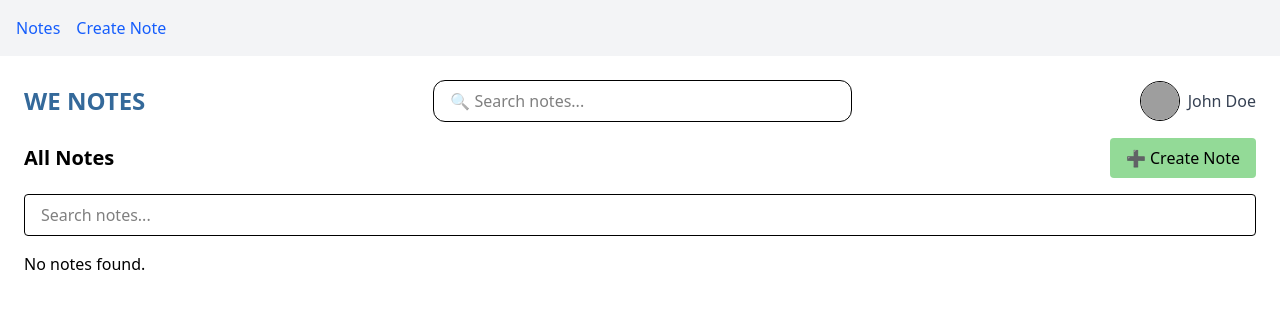
Repository: pin-seavmuy/NoteApplication
Page: / (app in note-vue/)
The author's editor kept a copy of each file at every save. The page is drawn from the files as they stood at one save, then again after the next save.
The browser window is 1280 px wide. The pictures show the whole page.
Pictures or frames that could not be fetched are drawn as grey boxes. The page's requests for data from a server got no answer. The project was rebuilt for these pictures with package versions that can differ from the ones it lists, and the page was loaded fresh each time. No one was signed in, and anything a server would have sent is missing. Also part of the build but not shown: note-vue/vite.config.ts, note-vue/src/components/NoteWrapper.vue, note-vue/src/views/CreateNote.vue, note-vue/src/views/NoteDetail.vue, note-vue/src/views/UpdateNote.vue.

Above is the page before, as saved 2025-09-16 11:15:36.

### note-vue/src/main.ts
// import { createApp } from 'vue'
// import './style.css'
// import App from './App.vue'

// createApp(App).mount('#app')


import { createApp } from 'vue'
import App from './App.vue'
import router from './router'
import './style.css'

const app = createApp(App)
app.use(router)
app.mount('#app')

### note-vue/src/App.vue
<script setup lang="ts">
  import HelloWorld from './components/HelloWorld.vue'
  import NotesList from '../components/NotesList.vue'
</script>

<!-- <template>
  <div>
    <HelloWorld msg="Vite + Vue" />
    <NotesList />
  </div>
</template> -->

<template>
  <div>
    <nav class="p-4 bg-gray-100 flex space-x-4">
      <router-link to="/" class="text-blue-600 hover:underline">Notes</router-link>
      <router-link to="/create" class="text-blue-600 hover:underline">Create Note</router-link>
    </nav>

    <router-view />
  </div>
</template>

<style scoped>
</style>

### note-vue/src/router/index.ts
import { createRouter, createWebHistory } from 'vue-router'

import NotesList from '../views/NotesList.vue'
import CreateNote from '../views/CreateNote.vue'
import NoteDetail from '../views/NoteDetail.vue'
import UpdateNote from '../views/UpdateNote.vue'

const routes = [
  {
    path: '/',
    name: 'NotesList',
    component: NotesList,
  },
  {
    path: '/create',
    name: 'CreateNote',
    component: CreateNote,
  },
  {
    path: '/notes/:id',
    name: 'NoteDetail',
    component: NoteDetail,
    props: true,
  },
    {
    path: '/notes/:id/edit',
    name: 'UpdateNote',
    component: UpdateNote,
    props: true
    }
]

const router = createRouter({
  history: createWebHistory(),
  routes,
})

export default router

### note-vue/src/views/NotesList.vue
<template>
  <div class="p-6">
    <div class="flex items-center justify-between mb-4 space-x-72">
      <h1 class="text-2xl font-bold " style="color: #34699A;">WE NOTES</h1>

      <input
        v-model="search"
        type="text"
        placeholder="🔍 Search notes..."
        class="px-4 py-2 border rounded-xl flex-grow"
      />

      <div class="flex items-center space-x-2 flex-shrink-0">
        <img
          src="https://ui-avatars.com/api/?name=User"
          alt="User Avatar"
          class="w-10 h-10 rounded-full border"
        />
        <span class="text-gray-700 font-medium">John Doe</span>
      </div>
    </div>

    <div class="flex items-center justify-between mb-4">

      <router-link to="/" class="text-xl font-bold flex-shrink-0 hover:underline">All Notes</router-link>
      <router-link
        to="/create"
        class="text-base px-4 py-2 rounded text-black hover:brightness-90"
        style="background-color: #93DA97;"
      >
        ➕  Create Note
      </router-link>
    </div>



    <input
      v-model="search"
      type="text"
      placeholder="Search notes..."
      class="px-4 py-2 border rounded w-full mb-4"
    />

    <div v-if="loading">Loading...</div>
    <div v-else-if="filteredNotes.length === 0">No notes found.</div>

    <div
      v-else
      class="grid gap-4 grid-cols-1 sm:grid-cols-2 lg:grid-cols-3 xl:grid-cols-4"
    >
      <NoteWrapper
        v-for="note in filteredNotes"
        :key="note.id"
        :note="note"
      />
    </div>
  </div>
</template>

<script setup lang="ts">
import { ref, computed, onMounted } from 'vue'
import api from '../api/axios'
import NoteWrapper from '../components/NoteWrapper.vue'

interface Note {
  id: number
  title: string
  content: string | null
  createdAt: string
  updatedAt?: string | null
}

const notes = ref<Note[]>([])
const loading = ref(false)
const search = ref('')

async function fetchNotes() {
  loading.value = true
  try {
    const res = await api.get('/Notes')
    notes.value = res.data as Note[]
  } catch (error) {
    console.error('Error fetching notes:', error)
  } finally {
    loading.value = false
  }
}

const filteredNotes = computed(() =>
  notes.value.filter(note =>
    note.title.toLowerCase().includes(search.value.toLowerCase())
  )
)

onMounted(fetchNotes)
</script>

### note-vue/src/api/axios.ts
import axios from 'axios'

const api = axios.create({
  baseURL: 'http://localhost:5258/api',
})

export default api;

Loaded but not shown: note-vue/index.html (common file); note-vue/src/style.css (common file)

After the next save:
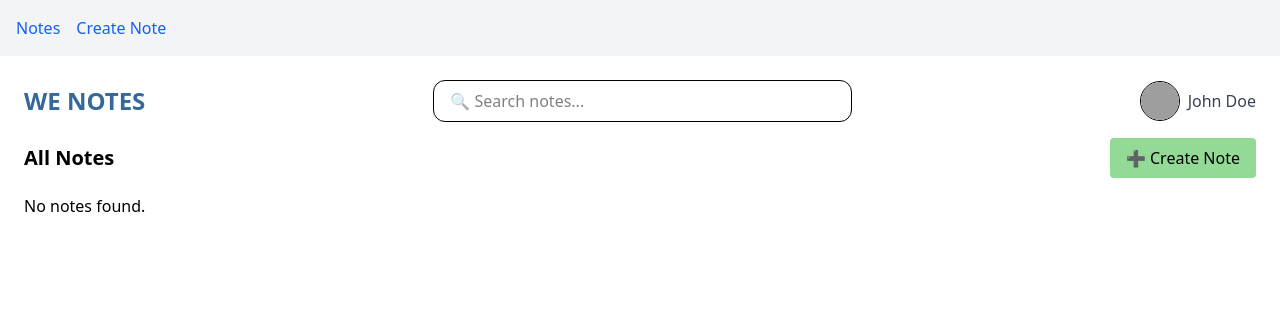
Saved 26 s later.
--- a/note-vue/src/views/NotesList.vue
+++ b/note-vue/src/views/NotesList.vue
@@ -31,15 +31,6 @@
         ➕  Create Note
       </router-link>
     </div>
-
-
-
-    <input
-      v-model="search"
-      type="text"
-      placeholder="Search notes..."
-      class="px-4 py-2 border rounded w-full mb-4"
-    />
 
     <div v-if="loading">Loading...</div>
     <div v-else-if="filteredNotes.length === 0">No notes found.</div>
